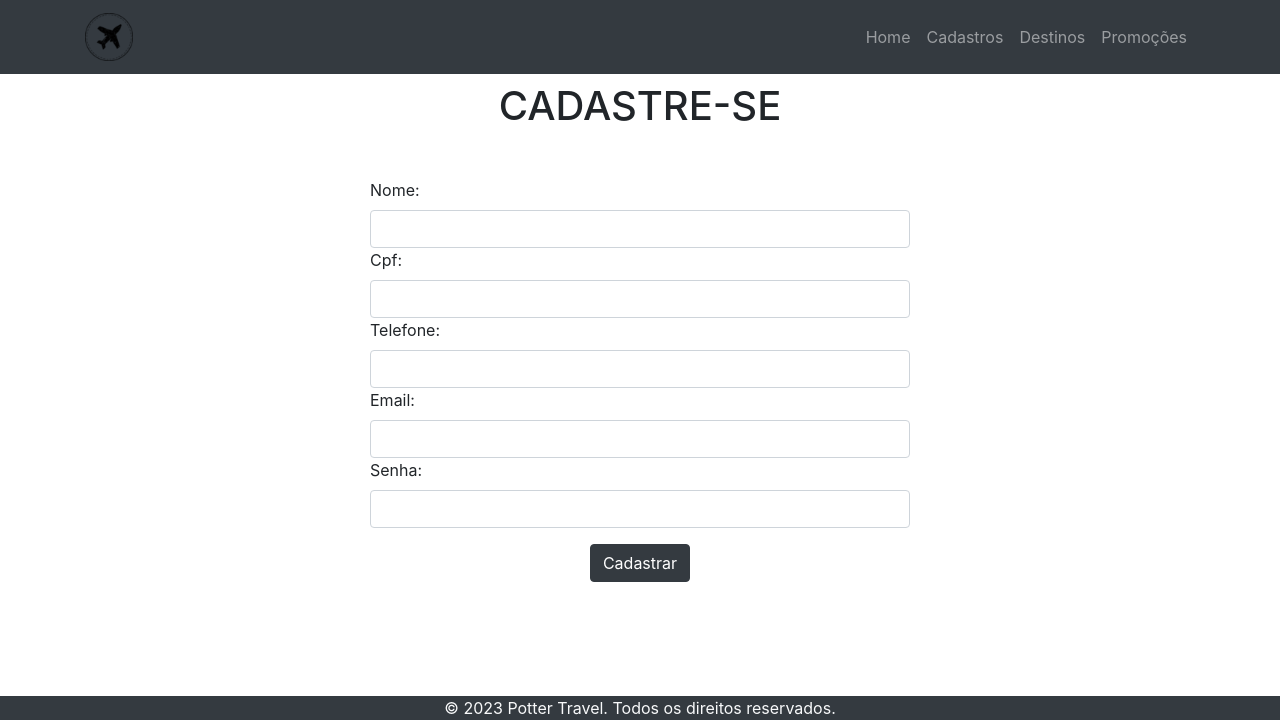
Repository: marcelledssantos/PotterTravel-MVC
Page: http://localhost/PotterTravel-MVC/cadastro.jsp
An editor plug-in stored every save of this project. The page is shown before and after the next save, followed by the edit.
The browser window is 1280 px wide. The pictures show the whole page.
Some web libraries are served in a nearby version. The page is served by Tomcat 9. Other server files are loaded and not shown.

Above is the page before, as saved 2023-11-03 00:02:46.

### PotterTravel-MVC/src/main/webapp/cadastro.jsp
<%@ page language="java" contentType="text/html; charset=UTF-8"
	pageEncoding="UTF-8"%>
<!DOCTYPE html>
<html>
<head>
<meta charset="UTF-8">

<link rel="stylesheet"
	href="https://maxcdn.bootstrapcdn.com/bootstrap/4.5.2/css/bootstrap.min.css">
<title>Create</title>
</head>
<body>
	<!-- Cabeçalho -->
	<header>
		<nav class="navbar navbar-expand-lg navbar-dark  bg-dark text-light">
			<div class="container">
				<a class="navbar-brand" href="#"><img src="./Icon/aviao.png"
					height="48px"></a>
				<button class="navbar-toggler" type="button" data-toggle="collapse"
					data-target="#navbarNav" aria-controls="navbarNav"
					aria-expanded="false" aria-label="Toggle navigation">
					<span class="navbar-toggler-icon"></span>
				</button>
				<div class="collapse navbar-collapse" id="navbarNav">
					<ul class="navbar-nav ml-auto">
						<li class="nav-item"><a class="nav-link" href="index.html">Home</a>
						</li>
						<li class="nav-item"><a class="nav-link"
							href="./ReadController">Cadastros</a></li>
						<li class="nav-item"><a class="nav-link" href="#">Destinos</a></li>
						<li class="nav-item"><a class="nav-link" href="#">Promoções</a>
						</li>
					</ul>
				</div>
			</div>
		</nav>
	</header>
	<div class="container">
		<div class="row justify-content-center">
			<div class="col-md-6">
				<h1 class="mt-2 text-center text-uppercase">Cadastre-se</h1>
				<form class="mt-5" action="CreateController" method="post">
					<div class="form-group">

						<label for="nome">Nome:</label> <input type="text" class="form-control" id="nome" name="nome" required>

						<label for="nome">Cpf:</label> <input type="text" class="form-control"
							id="cpf" name="cpf" required>

						<label for="nome">Telefone:</label> <input type="text" class="form-control" id="telefone"
							name="telefone" required>

						<label for="login">Email:</label> <input type="email" class="form-control" id="email" name="email"
							required>

						<label for="senha">Senha:</label> <input type="password" class="form-control" id="senha" name="senha"required>

					</div>

					<div class="col-12 text-center">
						<button type="submit" class="btn btn-dark mx auto">Cadastrar</button>
					</div>
				</form>
			</div>
		</div>
	</div>

	<footer class="bg-dark text-light text-center mt -5 fixed-bottom">
		&copy; 2023 Potter Travel. Todos os direitos reservados. </footer>

	<script src="https://code.jquery.com/jquery-3.5.1.slim.min.js"></script>
	<script
		src="https://cdn.jsdelivr.net/npm/@popperjs/core@2.5.3/dist/umd/popper.min.js"></script>
	<script
		src="https://maxcdn.bootstrapcdn.com/bootstrap/4.5.2/js/bootstrap.min.js"></script>

</body>
</html>

After the next save:
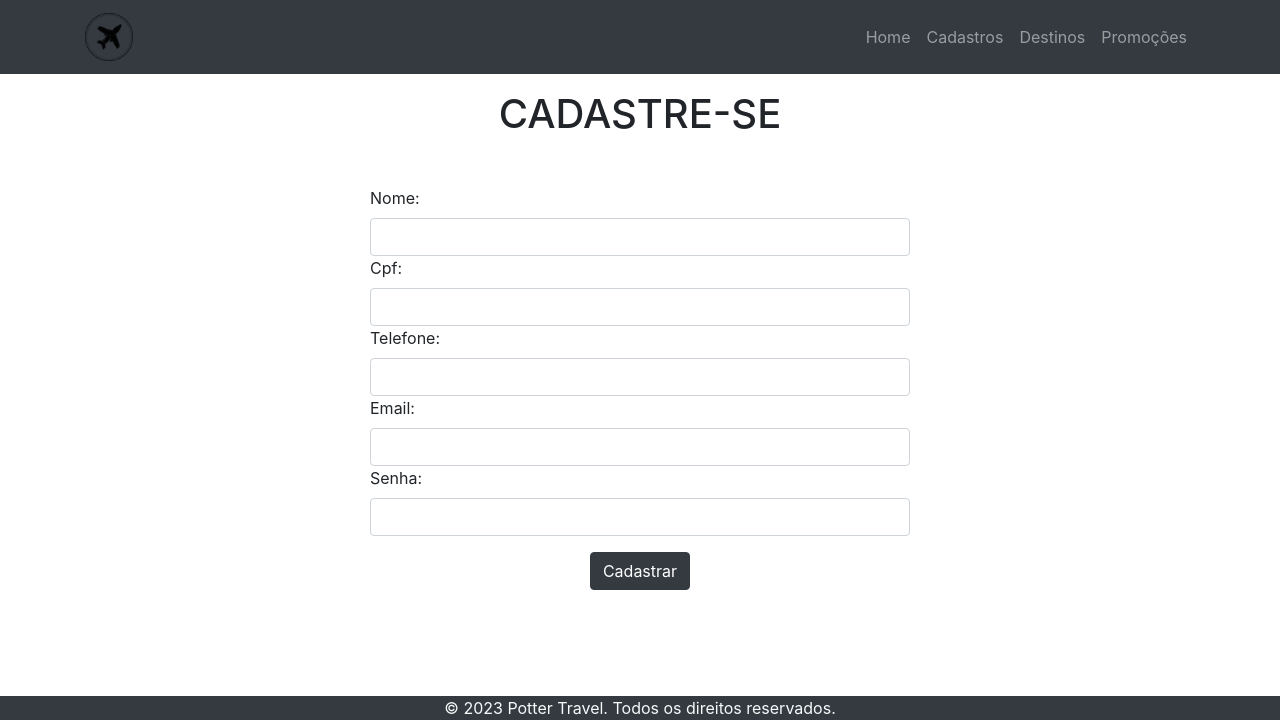
Saved 9 s later.
--- a/PotterTravel-MVC/src/main/webapp/cadastro.jsp
+++ b/PotterTravel-MVC/src/main/webapp/cadastro.jsp
@@ -38,7 +38,7 @@
 	<div class="container">
 		<div class="row justify-content-center">
 			<div class="col-md-6">
-				<h1 class="mt-2 text-center text-uppercase">Cadastre-se</h1>
+				<h1 class="mt-3 text-center text-uppercase">Cadastre-se</h1>
 				<form class="mt-5" action="CreateController" method="post">
 					<div class="form-group">
 
